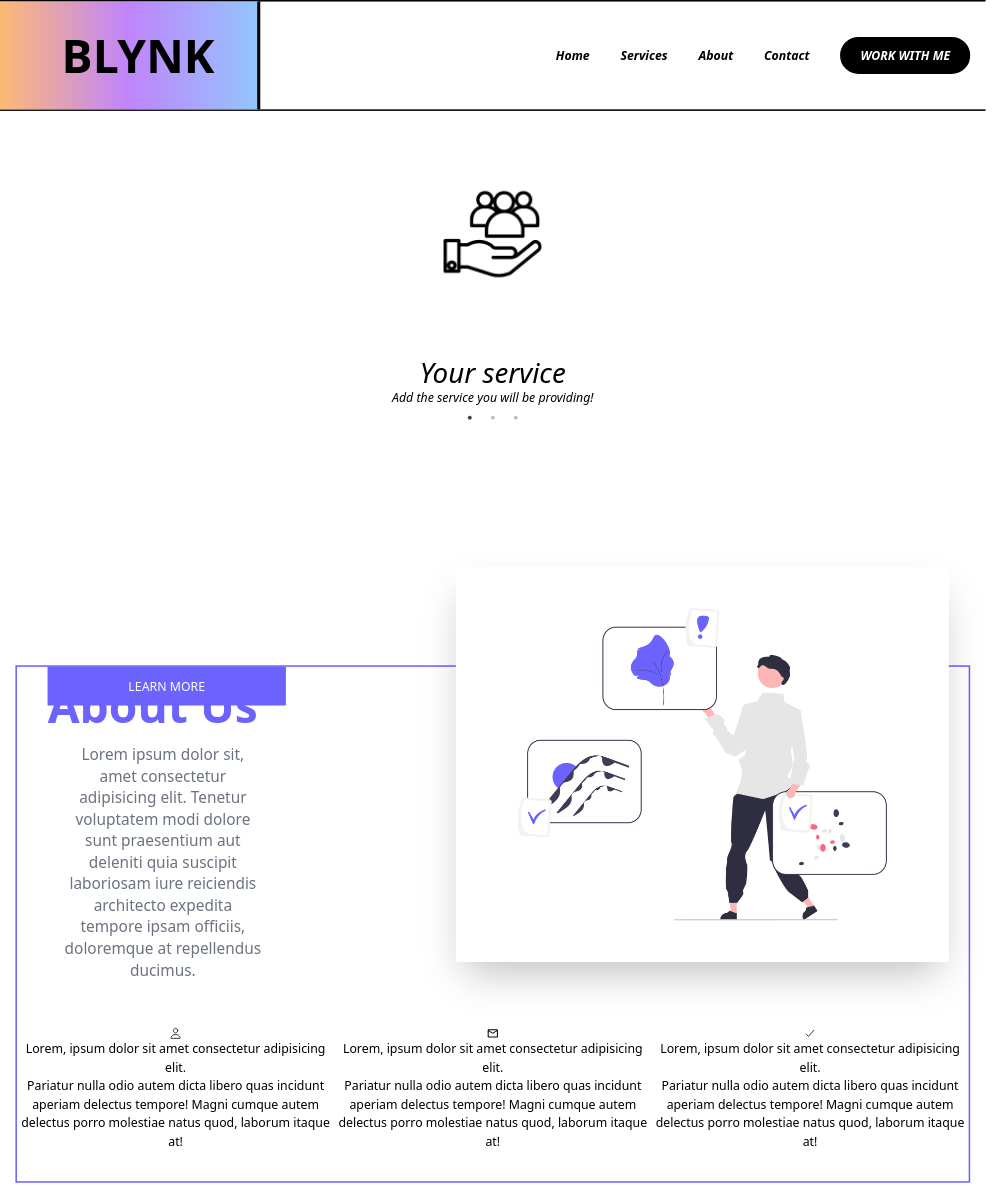
Repository: Al123Kudayyd/eportfolio
Page: /
These files come from the project's save history. The page is drawn as it stood at one moment and after the next save; the edit follows.
The browser window is 1280 px wide. The page is 1305 px wide, so the pictures cover 1305 px, including what lies to the right of the window. The pictures show the whole page, at 77% of full size.
The project was rebuilt for these pictures with package versions that can differ from the ones it lists, and the page was loaded fresh each time.

Above is the page before, as saved 2024-02-27 08:10:05.

After the next save:
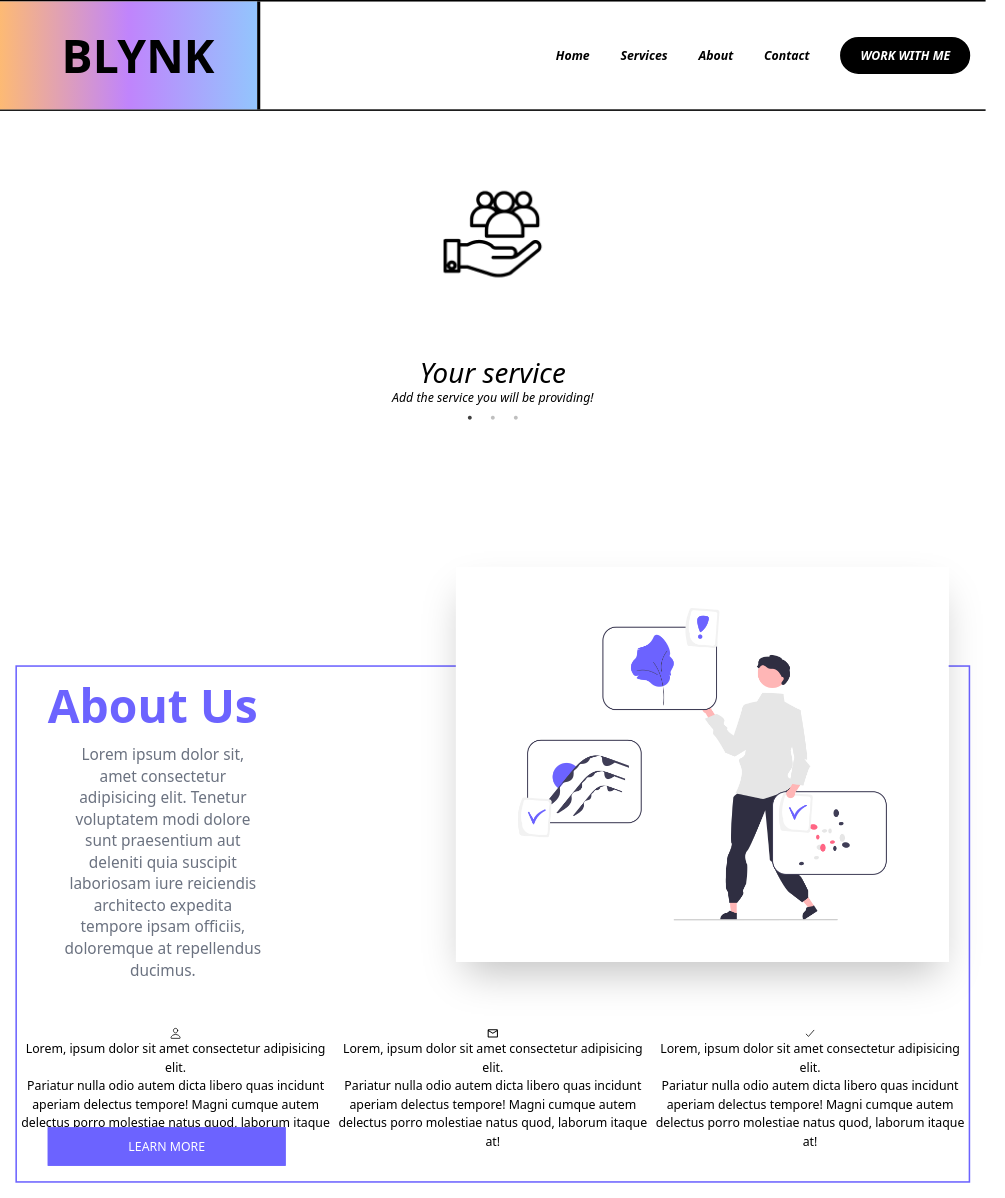
Saved 9 s later.
--- a/src/components/About.jsx
+++ b/src/components/About.jsx
@@ -15,7 +15,7 @@ function About() {
             </h1>
             <p className='md:w-1/2 lg:w-1/4 mt-20 text-xl text-gray-500 p-5'>Lorem ipsum dolor sit, amet consectetur adipisicing elit. Tenetur voluptatem modi dolore sunt praesentium aut deleniti quia suscipit laboriosam iure reiciendis <br/> architecto expedita tempore ipsam officiis, doloremque at repellendus ducimus.</p>
             <button className='bg-[#6C63FF] text-white border border-[#6C63FF] px-7 py-3 mb-5 hover:bg-white
-            hover:text-[#6C63FF] transitio duration-300 w-1/4 absolute'>
+            hover:text-[#6C63FF] transitio duration-300 w-1/4 absolute bottom-0'>
               LEARN MORE
             </button>
         </div>
